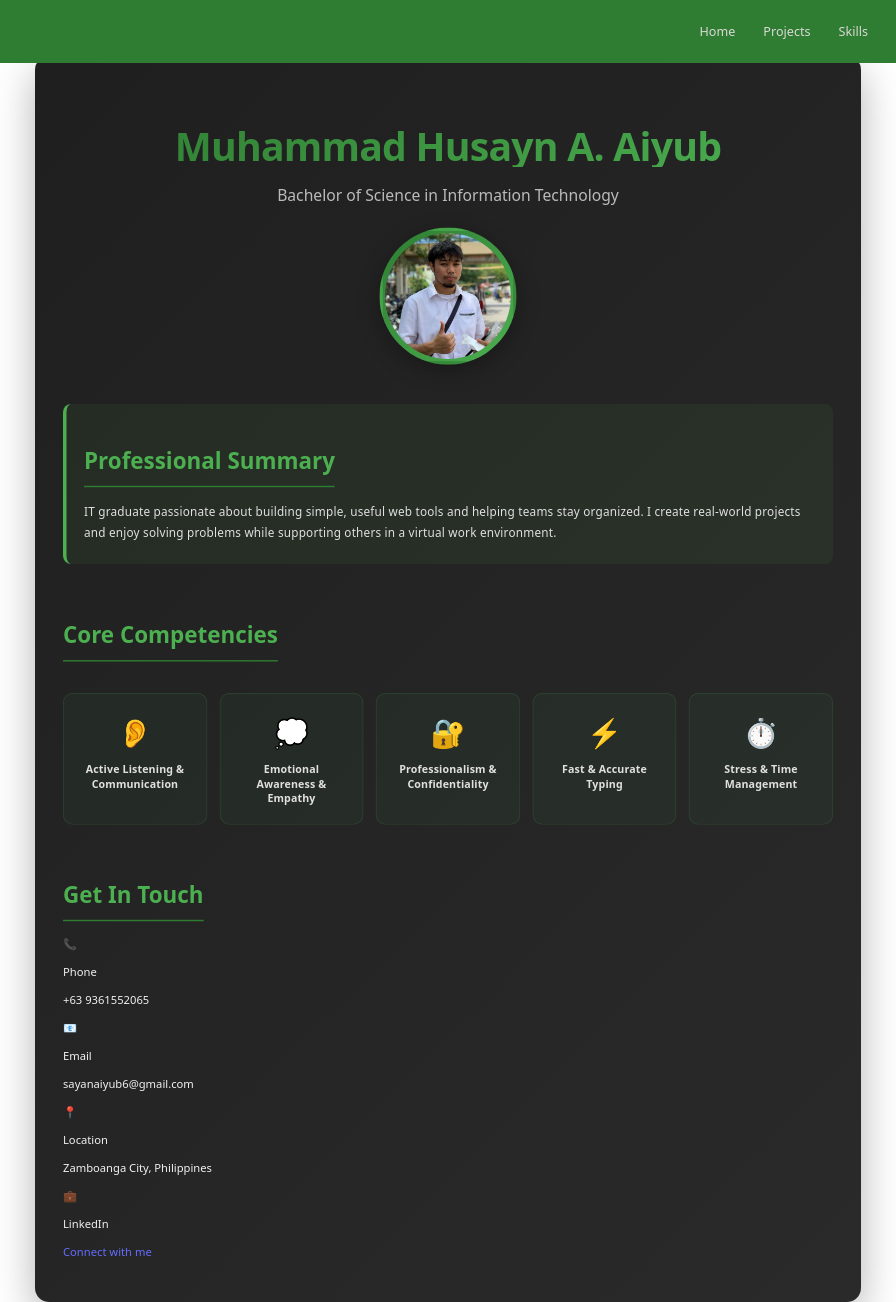
Repository: SAYANA11/portfolio
Page: /
The author's editor kept a copy of each file at every save. The page is drawn from the files as they stood at one save, then again after the next save.
The browser window is 1280 px wide. The pictures show the whole page, at 70% of full size.
The project was rebuilt for these pictures with package versions that can differ from the ones it lists, and the page was loaded fresh each time. Also part of the build but not shown: vite.config.js, src/components/Projects.css, src/components/Projects.jsx, src/components/Skills.css, src/components/Skills.jsx.

Above is the page before, as saved 2026-02-16 20:42:07.

After the next save:
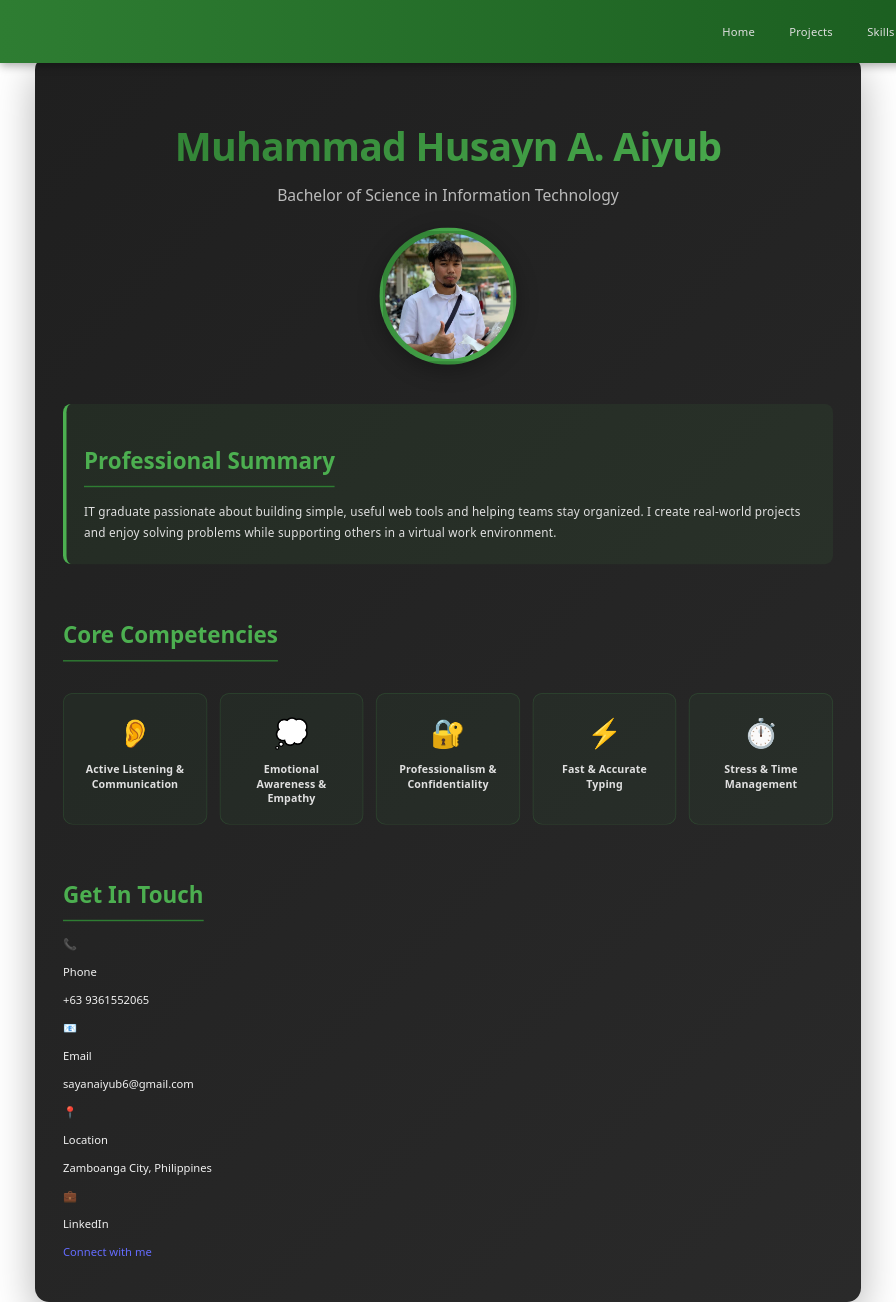
Saved 9 s later.
--- a/src/components/Navbar.css
+++ b/src/components/Navbar.css
@@ -1,43 +1,63 @@
 .navbar {
-    background: #2e7d32; /* Dark green color */
+    background: linear-gradient(90deg, #2e7d32 0%, #1b5e20 100%);
     color: white;
-    padding: 15px 20px; /* Add padding for spacing */
+    padding: 15px 30px;
     position: fixed;
-    width: 100%; /* Full width navbar */
-    height: 60px; /* Set a fixed height for the navbar */
+    width: 100%;
+    height: 60px;
     top: 0;
     z-index: 1000;
     display: flex;
     align-items: center;
-    justify-content: flex-end; /* Align content to the right */
-    margin-bottom: 20px; /* Add margin to the bottom */
+    justify-content: flex-end;
+    box-shadow: 0 4px 12px rgba(0, 0, 0, 0.3);
+    backdrop-filter: blur(10px);
 }
 
 .navbar ul {
     list-style: none;
     padding: 0;
-    margin: 0 50px 0 0; /* Add margin to the right */
-    display: flex; /* Display items in a row */
-    gap: 20px; /* Add spacing between items */
+    margin: 0 20px 0 0;
+    display: flex;
+    gap: 25px;
 }
 
 .navbar ul li {
-    font-size: 18px;
-    transition: 0.3s;
+    font-size: 16px;
+    transition: all 0.3s cubic-bezier(0.4, 0, 0.2, 1);
+    position: relative;
 }
 
 .navbar ul li a {
-    color: #ddd8d8; /* Dark text for better contrast */
+    color: #e0e0e0;
     text-decoration: none;
-    transition: color 0.3s;
-    padding: 5px 10px;
+    transition: all 0.3s cubic-bezier(0.4, 0, 0.2, 1);
+    padding: 8px 12px;
+    display: block;
+    border-radius: 6px;
+    font-weight: 500;
+    letter-spacing: 0.3px;
 }
 
-.navbar ul li a:hover,
-.navbar ul li.active {
+.navbar ul li a::after {
+    content: '';
+    position: absolute;
+    bottom: 0;
+    left: 0;
+    width: 0;
+    height: 2px;
+    background: #ffd700;
+    transition: width 0.3s ease;
+    border-radius: 2px;
+}
+
+.navbar ul li a:hover {
     color: white;
-    background: #4caf50; /* Highlight with a green shade */
-    border-radius: 5px;
+    background: rgba(76, 175, 80, 0.2);
+}
+
+.navbar ul li a:hover::after {
+    width: 100%;
 }
 
 /* Responsive */
